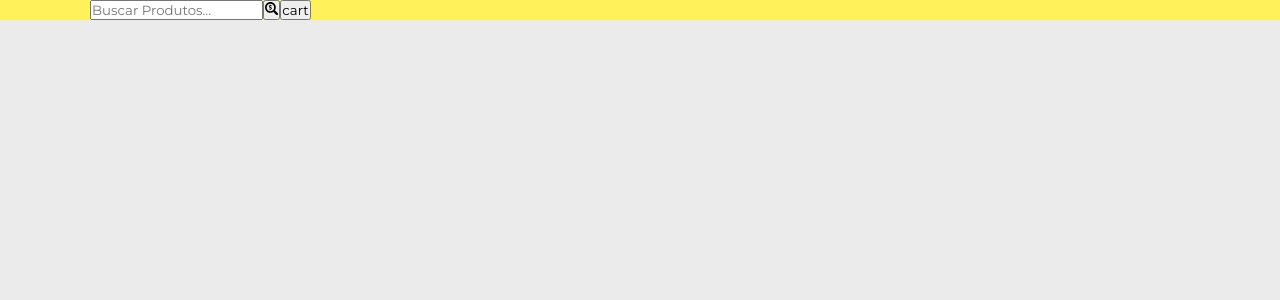
Repository: Gab23Oli/Projeto-de-Conclus-o---Shopping-Cart
Page: /
These files come from the project's save history. The page is drawn as it stood at one moment and after a run of saves; the edit follows.
The browser window is 1280 px wide. The pictures show the whole page.
The project was rebuilt for these pictures with package versions that can differ from the ones it lists, and the page was loaded fresh each time. Also part of the build but not shown: src/components/Header/SearchBar/SearchBar.css.

Above is the page before, as saved 2024-01-25 13:05:59.

After the next 2 saves:
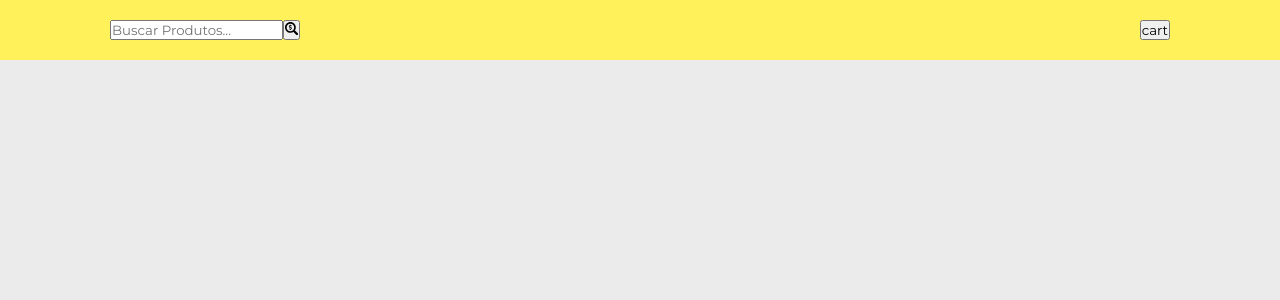
The 2 saves are shown as one change because 1 did not build or start.
The last was saved 80 s later.
--- a/src/components/Header/SearchBar/SearchBar.jsx
+++ b/src/components/Header/SearchBar/SearchBar.jsx
@@ -1,5 +1,7 @@
 import React from "react";
 import { FaSearchDollar } from "react-icons/fa";
+
+import "./SearchBar.css";
 
 function SearchBar() {
   return (
--- a/src/components/Header/Header.css
+++ b/src/components/Header/Header.css
@@ -6,4 +6,7 @@
 
 .header > div {
   display: flex;
+  justify-content: space-between;
+  align-items: center;
+  padding: 20px;
 }
